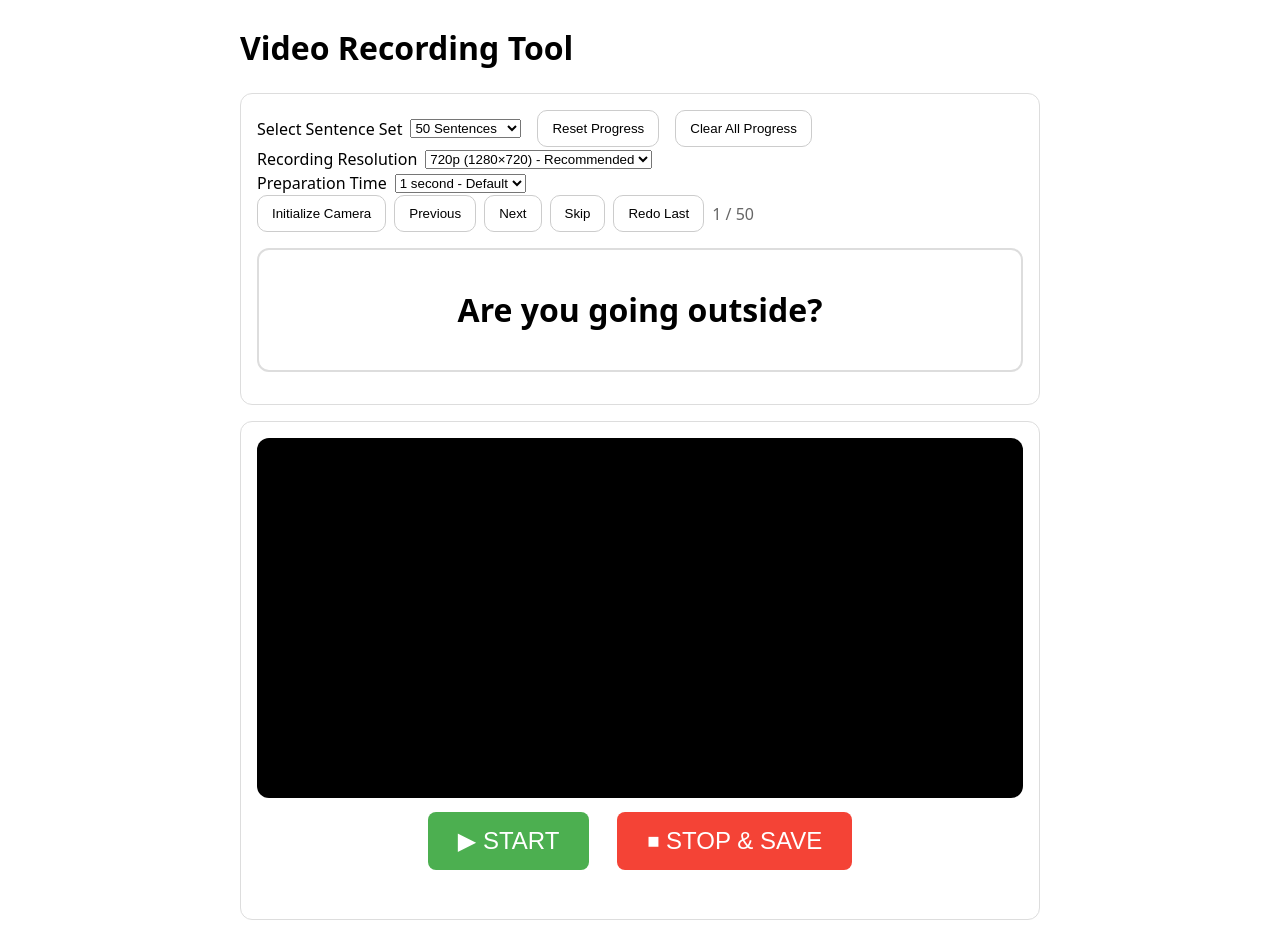
Repository: video2speech/video2speech.github.io
Page: index.html
An editor plug-in stored every save of this project. The page is shown before and after the next save, followed by the edit.
The browser window is 1280 px wide. The pictures show the whole page.

Above is the page before, as saved 2025-09-04 11:24:32.

After the next save:
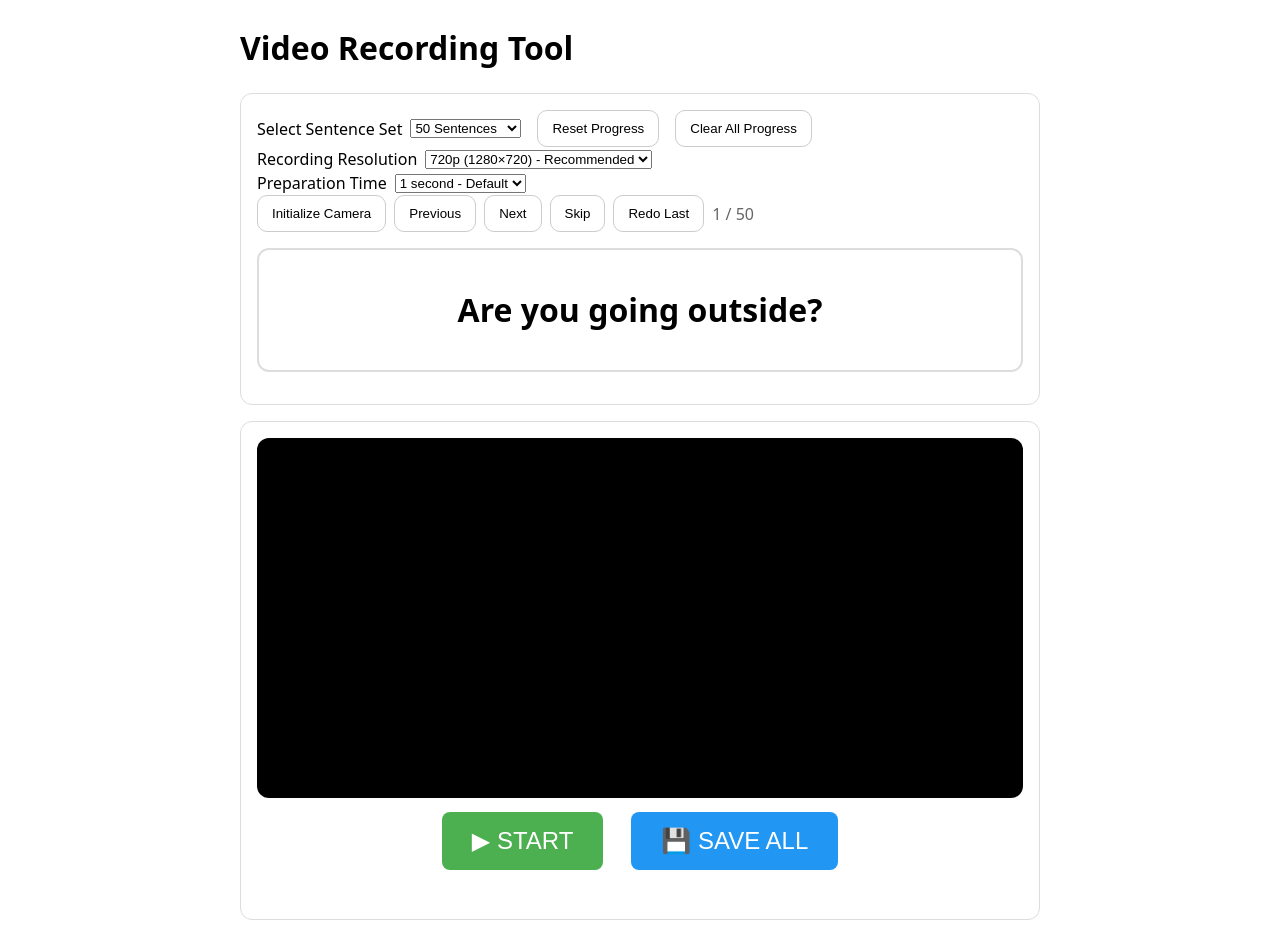
Saved 11 s later.
--- a/index.html
+++ b/index.html
@@ -60,7 +60,7 @@
     <video id="preview" playsinline autoplay muted></video>
     <div class="row" style="margin-top:8px; justify-content: center;">
       <button id="start" style="font-size: 1.5rem; padding: 15px 30px; background: #4CAF50; color: white; border: none; border-radius: 8px; cursor: pointer; margin: 0 10px;">▶ START</button>
-      <button id="stop" style="font-size: 1.5rem; padding: 15px 30px; background: #f44336; color: white; border: none; border-radius: 8px; cursor: pointer; margin: 0 10px;">⏹ STOP & SAVE</button>
+      <button id="stop" style="font-size: 1.5rem; padding: 15px 30px; background: #2196F3; color: white; border: none; border-radius: 8px; cursor: pointer; margin: 0 10px;">💾 SAVE ALL</button>
     </div>
     <div class="row" style="justify-content: center; margin-top: 10px;">
       <div id="recordingStatus" style="font-size: 1.2rem; font-weight: bold; color: #f44336; display: none;">🔴 RECORDING IN PROGRESS</div>
